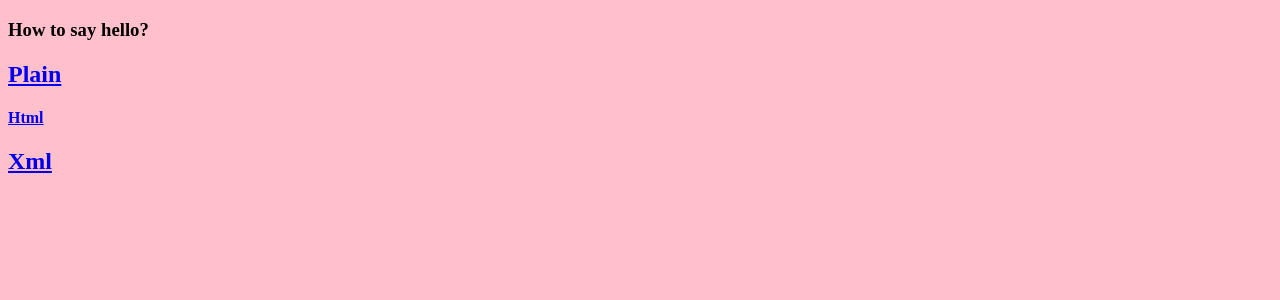
Repository: Pallavijoshii/Zen_Training
Page: RESTfulWebServices/TrivagoHotels/WebContent/index.html
The author's editor kept a copy of each file at every save. The page is drawn from the files as they stood at one save, then again after the next save.
The browser window is 1280 px wide. The pictures show the whole page.

Above is the page before, as saved 2019-07-25 00:47:36.

After the next save:
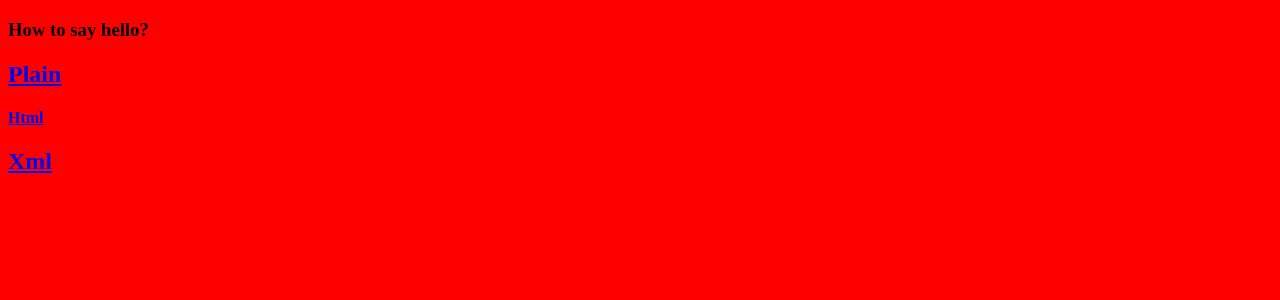
Saved 4 s later.
--- a/RESTfulWebServices/TrivagoHotels/WebContent/index.html
+++ b/RESTfulWebServices/TrivagoHotels/WebContent/index.html
@@ -5,7 +5,7 @@
 <title>Trivago Home</title>
 <style type="text/css">
 body {
-  background-color:pink;
+  background-color:red;
 
 }
 

After the save that followed:
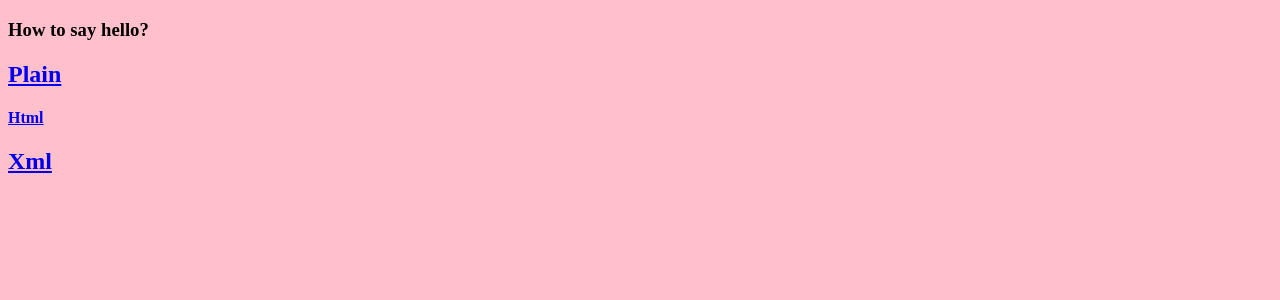
Saved 15 s later.
--- a/RESTfulWebServices/TrivagoHotels/WebContent/index.html
+++ b/RESTfulWebServices/TrivagoHotels/WebContent/index.html
@@ -5,7 +5,7 @@
 <title>Trivago Home</title>
 <style type="text/css">
 body {
-  background-color:red;
+  background-color:pink;
 
 }
 
